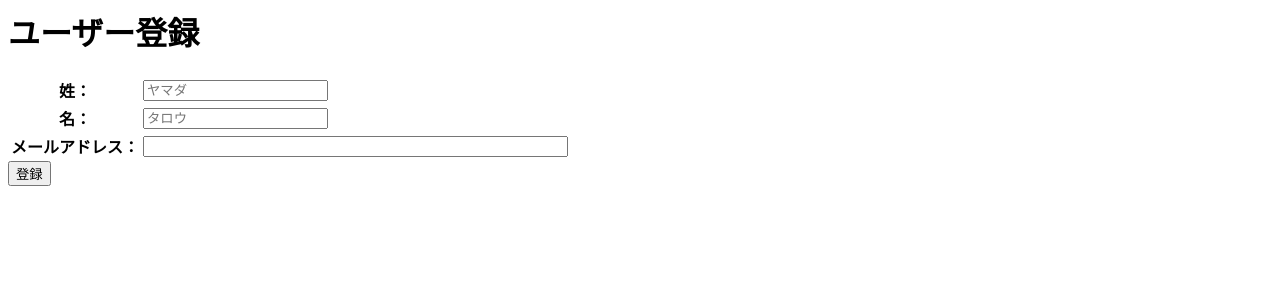
Repository: yoshiryoryo/phpform
Page: http://localhost/register.php
The author's editor kept a copy of each file at every save. The page is drawn from the files as they stood at one save, then again after a run of saves.
The browser window is 1280 px wide. The pictures show the whole page.
The page is run by PHP 8.4 with error messages shown; the project is at /var/www/html/.

Above is the page before, as saved 2021-02-24 10:18:10.

### register.php
<php

<!DOCTYPE html>
<html lang="en">

<head>
    <meta charset="UTF-8">
    <meta http-equiv="X-UA-Compatible" content="IE=edge">
    <meta name="viewport" content="width=device-width, initial-scale=1.0">
    <title>フォーム</title>
</head>

<body>
    <h1>ユーザー登録</h1>
    <form name="form1" method="post" action="confirm.php">
        <table>
            <tr>
                <th>姓：</th>
                <td><input type="text" name="name_1" size="20" maxlength="10" placeholder="ヤマダ" required></td>
            </tr>
            <tr>
                <th>名：</th>
                <td><input type="text" name="name_2" size="20" maxlength="10" placeholder="タロウ" required></td>
            </tr>
            <tr>
                <th>メールアドレス：</th>
                <td><input type="email" name="email" size="50" maxlength="254" required></td></tr>
            </tr>
        </table>
        <input id="send" type="submit" value="登録">
    </form>
</body>

</html>

After the next 3 saves:
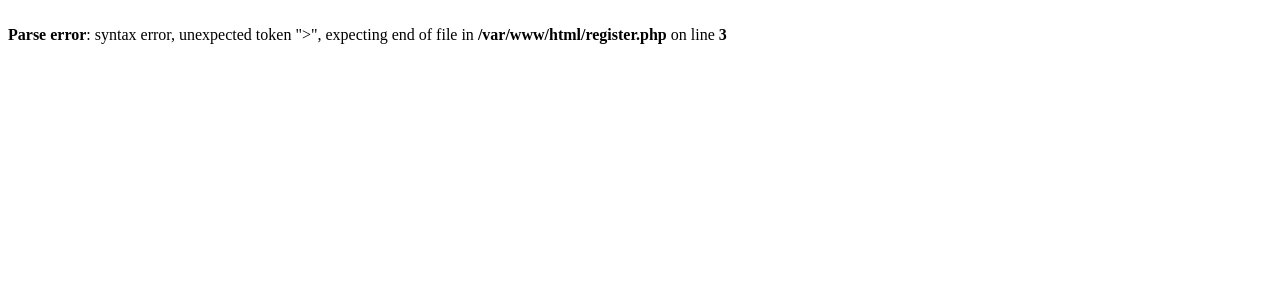
The 3 saves are shown as one change because they came seconds apart.
The last was saved 7 s later.
--- a/register.php
+++ b/register.php
@@ -1,4 +1,6 @@
-<php
+<?php
+
+>
 
 <!DOCTYPE html>
 <html lang="en">

After the save that followed:
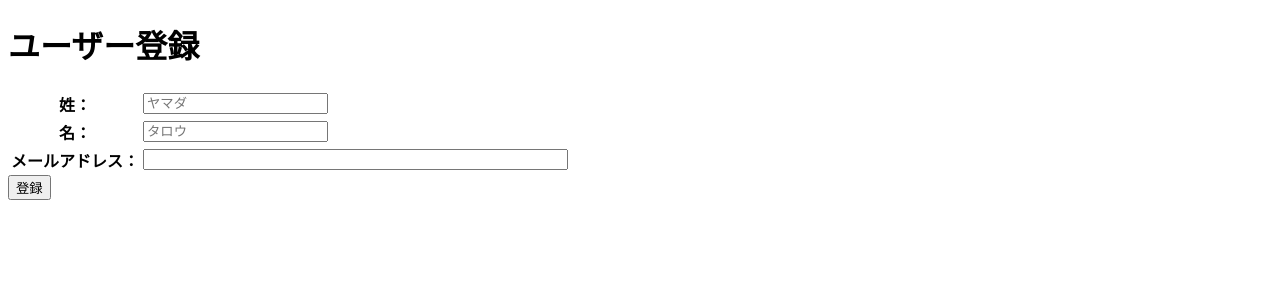
Saved 7 s later.
--- a/register.php
+++ b/register.php
@@ -1,6 +1,6 @@
 <?php
 
->
+?>
 
 <!DOCTYPE html>
 <html lang="en">
